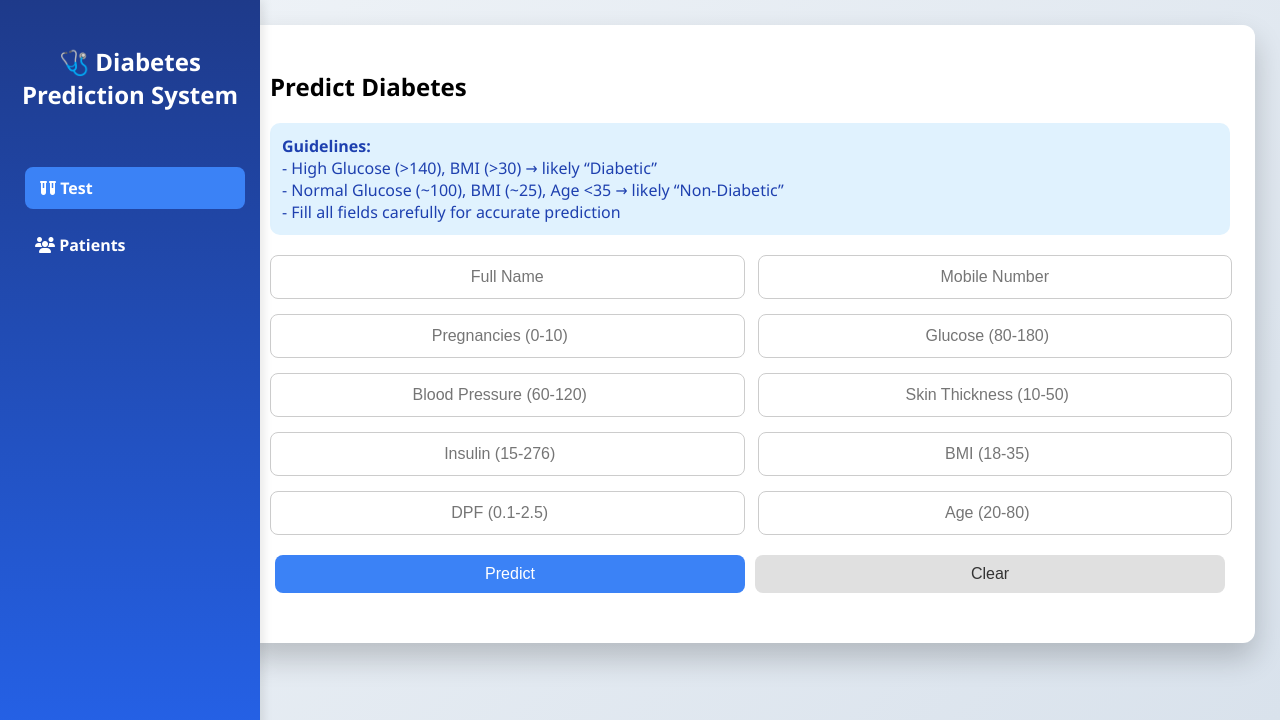
Repository: Aman14150/diabetes-prediction-system
Page: http://localhost/
An editor plug-in stored every save of this project. The page is shown before and after the next save, followed by the edit.
The browser window is 1280 px wide. The pictures show the whole page.
The page is served by the project's application, run on Flask 3 (app.py).

Above is the page before, as saved 2025-10-07 22:22:35.

### templates/index.html
<!DOCTYPE html>
<html lang="en">

<head>
    <meta charset="UTF-8">
    <title>Diabetes Prediction</title>
    <link rel="stylesheet" href="{{ url_for('static', filename='style.css') }}">
    <link rel="stylesheet" href="https://cdnjs.cloudflare.com/ajax/libs/font-awesome/6.4.0/css/all.min.css" />
</head>

<body>
    <div class="container">
        <aside class="sidebar">
            <h2>🩺 Diabetes Prediction System</h2>
            <ul>
                <li><a href="/" class="{% if not show_patients %}active{% endif %}">
                        <i class="fa-solid fa-vials"></i> Test</a>
                </li>
                <li><a href="/patients" class="{% if show_patients %}active{% endif %}">
                        <i class="fa-solid fa-users"></i> Patients</a>
                </li>
            </ul>
        </aside>

        <main class="content">
            {% if not show_patients %}
            <!-- Test Form -->
            <div class="card">
                <h2>Predict Diabetes</h2>
                <div class="guidelines">
                    <strong>Guidelines:</strong><br>
                    - High Glucose (>140), BMI (>30) → likely “Diabetic”<br>
                    - Normal Glucose (~100), BMI (~25), Age <35 → likely “Non-Diabetic”<br>
                        - Fill all fields carefully for accurate prediction
                </div>

                <form id="diabetesForm" action="{{ url_for('predict') }}" method="post">
                    <input type="text" name="name" placeholder="Full Name" required>
                    <input type="tel" name="mobile" placeholder="Mobile Number" required>
                    <input type="number" name="Pregnancies" placeholder="Pregnancies (0-10)" step="any" required>
                    <input type="number" name="Glucose" placeholder="Glucose (80-180)" step="any" required>
                    <input type="number" name="BloodPressure" placeholder="Blood Pressure (60-120)" step="any" required>
                    <input type="number" name="SkinThickness" placeholder="Skin Thickness (10-50)" step="any" required>
                    <input type="number" name="Insulin" placeholder="Insulin (15-276)" step="any" required>
                    <input type="number" name="BMI" placeholder="BMI (18-35)" step="any" required>
                    <input type="number" name="DiabetesPedigreeFunction" placeholder="DPF (0.1-2.5)" step="any"
                        required>
                    <input type="number" name="Age" placeholder="Age (20-80)" step="any" required>
                    <div class="button-group">
                        <button type="submit" id="predictBtn">Predict</button>
                        <button type="button" id="clearBtn">Clear</button>
                    </div>
                </form>

                <div id="predictionResult" class="prediction">
                    {% if prediction_text %}
                    <span class="{% if prediction_text=='Diabetic' %}diabetic{% else %}non-diabetic{% endif %}">
                        {{ prediction_text }}
                    </span>
                    {% endif %}
                </div>
            </div>

            {% else %}
            <!-- Patients Table -->
            <div class="card">
                <h2>Patients List</h2>
                <div class="table-actions">
                    <input type="text" id="searchInput" placeholder="Search name/prediction...">
                    <a href="{{ url_for('export_csv') }}" class="button export">Export CSV</a>
                    <select id="perPageSelect" onchange="changePerPage()">
                        {% for n in [5,10,15,20] %}
                        <option value="{{ n }}" {% if per_page==n %}selected{% endif %}>{{ n }} per page</option>
                        {% endfor %}
                    </select>
                </div>

                <table id="patientsTable">
                    <thead>
                        <tr>
                            <th>Sr. No.</th>
                            {% for col in patient_columns[1:] %}
                            <th>{{ col|capitalize }}</th>
                            {% endfor %}
                            <th>Action</th>
                        </tr>
                    </thead>
                    <tbody>
                        {% for row in patient_data %}
                        <tr>
                            <td>{{ loop.index }}</td>
                            {% for item in row[1:] %}
                            <td
                                class="{% if loop.last and item=='Diabetic' %}diabetic{% elif loop.last and item=='Non-Diabetic' %}non-diabetic{% endif %}">
                                {{ item }}
                            </td>
                            {% endfor %}
                            <td>
                                <form class="delete-form" action="{{ url_for('delete_patient', patient_id=row[0]) }}"
                                    method="post" style="display:inline;">
                                    <button type="button" class="delete-btn"
                                        onclick="showDeleteModal(this)">Delete</button>
                                </form>
                            </td>

                        </tr>
                        {% endfor %}
                    </tbody>
                </table>

                <div class="pagination" id="pagination">
                    {% if page > 1 %}
                    <a href="{{ url_for('patients', page=page-1, per_page=per_page, search=search) }}">Prev</a>
                    {% endif %}
                    Page {{ page }} of {{ total_pages }}
                    {% if page < total_pages %} <a
                        href="{{ url_for('patients', page=page+1, per_page=per_page, search=search) }}">Next</a>
                        {% endif %}
                </div>
            </div>
            {% endif %}
        </main>
    </div>

    <!-- Delete Confirmation Modal -->
    <div id="deleteModal" class="modal">
        <div class="modal-content">
            <p>Are you sure you want to delete this patient?</p>
            <div class="modal-buttons">
                <button id="confirmDeleteBtn">Yes</button>
                <button onclick="closeModal()">No</button>
            </div>
        </div>
    </div>

    <script>
        // Clear form
        document.getElementById('clearBtn')?.addEventListener('click', function () {
            document.getElementById('diabetesForm')?.reset();
            document.getElementById('predictionResult').innerHTML = '';
        });

        // Delete confirmation
        // Show delete modal
        let formToSubmit = null;
        function showDeleteModal(btn) {
            formToSubmit = btn.closest('form'); // store the form
            document.getElementById('deleteModal').style.display = 'flex';
        }

        // Modal buttons
        document.getElementById('confirmDeleteBtn').addEventListener('click', () => {
            if (formToSubmit) {
                formToSubmit.submit(); // submit the form only after confirmation
            }
            closeModal();
        });

        function closeModal() {
            document.getElementById('deleteModal').style.display = 'none';
        }


        function closeModal() {
            document.getElementById('deleteModal').style.display = 'none';
        }

        // Search filter
        const searchInput = document.getElementById('searchInput');
        searchInput?.addEventListener('keyup', function () {
            const filter = this.value.toLowerCase();
            const table = document.getElementById('patientsTable');
            Array.from(table.tBodies[0].rows).forEach(row => {
                const name = row.cells[1].textContent.toLowerCase();
                const prediction = row.cells[row.cells.length - 2].textContent.toLowerCase();
                if (name.includes(filter) || prediction.includes(filter)) {
                    row.style.display = '';
                } else row.style.display = 'none';
            });
        });

        // Change per page
        function changePerPage() {
            const perPage = document.getElementById('perPageSelect').value;
            window.location.href = "{{ url_for('patients') }}?per_page=" + perPage;
        }
    </script>
</body>

</html>

### app.py
from flask import Flask, render_template, request, redirect, url_for, flash, jsonify, send_file
import joblib
import pandas as pd
import mysql.connector
import io
import csv

app = Flask(__name__)
app.secret_key = 'supersecretkey'

# MySQL Connection
db = mysql.connector.connect(
    host="127.0.0.1",
    port=3307,
    user="amanR",
    password="Mysql@150",
    database="diabetes_db"
)
cursor = db.cursor()
print("✅ Database Connected successfully")

# Load model & scaler
model = joblib.load("diabetes_model.pkl")
scaler = joblib.load("scaler.pkl")

@app.route('/')
def home():
    return render_template('index.html', prediction_text=None, show_patients=False)

# --- Patients Page ---
@app.route('/patients')
def patients():
    search = request.args.get('search', '')
    page = int(request.args.get('page', 1))
    per_page = int(request.args.get('per_page', 5))
    offset = (page - 1) * per_page

    query = "SELECT * FROM patients"
    params = ()

    if search:
        query += " WHERE name LIKE %s OR prediction LIKE %s"
        params = (f"%{search}%", f"%{search}%")

    cursor.execute(f"SELECT COUNT(*) FROM ({query}) as subquery", params)
    total_count = cursor.fetchone()[0]

    query += " ORDER BY id DESC LIMIT %s OFFSET %s"
    params += (per_page, offset)
    cursor.execute(query, params)

    rows = cursor.fetchall()
    columns = [desc[0] for desc in cursor.description]
    total_pages = (total_count + per_page - 1) // per_page

    return render_template(
        'index.html',
        patient_data=rows,
        patient_columns=columns,
        show_patients=True,
        page=page,
        per_page=per_page,
        total_pages=total_pages,
        search=search
    )

# --- Export CSV ---
@app.route('/export_csv')
def export_csv():
    cursor.execute("SELECT * FROM patients ORDER BY id DESC")
    rows = cursor.fetchall()
    columns = [desc[0] for desc in cursor.description]

    output = io.StringIO()
    writer = csv.writer(output)
    writer.writerow(columns)
    writer.writerows(rows)
    output.seek(0)

    return send_file(io.BytesIO(output.getvalue().encode()), mimetype='text/csv',
                     as_attachment=True, download_name='patients.csv')

# --- Delete Patient ---
@app.route('/delete/<int:patient_id>', methods=['POST'])
def delete_patient(patient_id):
    cursor.execute("DELETE FROM patients WHERE id=%s", (patient_id,))
    db.commit()
    flash("Patient deleted successfully!", "success")
    return redirect(url_for('patients'))

# --- Predict Route ---
@app.route('/predict', methods=['POST'])
def predict():
    try:
        name = request.form['name']
        mobile = request.form['mobile']
        data = []
        fields = ["Pregnancies", "Glucose", "BloodPressure", "SkinThickness", "Insulin",
                  "BMI", "DiabetesPedigreeFunction", "Age"]

        # Ranges for validation
        valid_ranges = {
            "Pregnancies": (0, 20),
            "Glucose": (40, 300),
            "BloodPressure": (40, 200),
            "SkinThickness": (5, 100),
            "Insulin": (0, 900),
            "BMI": (10, 60),
            "DiabetesPedigreeFunction": (0, 3),
            "Age": (10, 100)
        }

        for key in fields:
            val = float(request.form[key])
            min_val, max_val = valid_ranges[key]
            if val < min_val or val > max_val:
                flash(f"❌ {key} value must be between {min_val} and {max_val}", "error")
                return redirect(url_for('home'))
            data.append(val)

        input_df = pd.DataFrame([data], columns=fields)
        scaled_input = scaler.transform(input_df)
        prediction = model.predict(scaled_input)[0]
        result = "Diabetic" if prediction == 1 else "Non-Diabetic"

        sql = """INSERT INTO patients
                 (name, mobile, pregnancies, glucose, blood_pressure, skin_thickness, insulin, bmi, dpf, age, prediction)
                 VALUES (%s,%s,%s,%s,%s,%s,%s,%s,%s,%s,%s)"""
        cursor.execute(sql, (name, mobile, *data, result))
        db.commit()

        return render_template('index.html', prediction_text=result, show_patients=False)

    except Exception as e:
        flash(f"Error: {str(e)}", "error")
        return redirect(url_for('home'))


if __name__ == '__main__':
    app.run(debug=True)

### static/style.css
/* === Global Body & Fonts === */
body {
    font-family: 'Segoe UI', Tahoma, Geneva, Verdana, sans-serif;
    margin: 0;
    padding: 0;
    background: linear-gradient(135deg,#f0f4f8,#d9e2ec);
}

/* === Container & Layout === */
.container {
    display: flex;
    min-height: 100vh;
}

/* === Sidebar === */
.sidebar {
    width: 220px;
    background: linear-gradient(180deg, #1e3a8a, #2563eb);
    color: white;
    padding: 25px 20px;
    display: flex;
    flex-direction: column;
    position: fixed;
    top: 0;
    left: 0;
    height: 100vh;
    overflow-y: auto;
    box-shadow: 3px 0 10px rgba(0,0,0,0.1);
}

.sidebar h2 {
    text-align: center;
    margin-bottom: 25px;
    font-size: 1.5rem;
}

.sidebar ul {
    list-style: none;
    padding: 0;
}

.sidebar ul li {
    margin: 15px 0;
}

.sidebar ul li a {
    color: white;
    text-decoration: none;
    font-weight: bold;
    display: block;
    padding: 10px 15px;
    border-radius: 8px;
    transition: all 0.3s ease;
}

.sidebar ul li a.active, .sidebar ul li a:hover {
    background: #3b82f6;
    transform: translateX(5px);
}

/* === Content Area === */
.content {
    flex: 1;
    margin-left: 220px;
    padding: 25px;
}

/* === Cards === */
.card {
    background: white;
    padding: 25px;
    border-radius: 12px;
    box-shadow: 0 15px 30px rgba(0,0,0,0.2);
    margin-bottom: 20px;
}

h2 {
    display: block;
    font-size: 1.5em;
    margin-block-start: 0.83em;
    margin-block-end: 0.83em;
    margin-inline-start: 0px;
    margin-inline-end: 0px;
    font-weight: bold;
    unicode-bidi: isolate;
}

/* === Guidelines Box === */
.guidelines {
    background-color: #e0f2fe;
    color: #1e40af;
    padding: 12px;
    border-radius: 10px;
    margin-bottom: 20px;
}

/* === Form Inputs === */
form {
    display: grid;
    grid-template-columns: 1fr 1fr;
    gap: 15px;
}

input {
    width: 100%;
    padding: 12px 0;
    border-radius: 8px;
    border: 1px solid #ccc;
    font-size: 1rem;
    text-align: center;
    transition: all 0.3s ease;
}

input:focus {
    outline: none;
    border-color: #3b82f6;
    box-shadow: 0 0 5px rgba(59,130,246,0.5);
}

/* === Buttons === */
.button-group {
    grid-column: span 2;
    display: flex;
    justify-content: space-between;
}

button, .button {
    padding: 10px;
    font-size: 1rem;
    border-radius: 8px;
    border: none;
    cursor: pointer;
    flex: 1;
    margin: 5px;
    transition: all 0.3s ease;
}

#predictBtn {
    background-color: #3b82f6;
    color: white;
}
#predictBtn:hover {
    background-color: #1e40af;
    transform: scale(1.03);
}

#clearBtn {
    background-color: #e0e0e0;
    color: #333;
}
#clearBtn:hover {
    background-color: #bdbdbd;
    transform: scale(1.03);
}

.button.export {
    background: #10b981;
    color: white;
}
.button.export:hover {
    background: #047857;
    transform: scale(1.05);
}

/* === Prediction Text === */
.prediction {
    grid-column: span 2;
    text-align: center;
    margin-top: 20px;
    font-size: 1.3rem;
    font-weight: bold;
}
.prediction span.diabetic { color: #ef4444; }
.prediction span.non-diabetic { color: #10b981; }

/* === Table Styling === */
.table-actions {
    display: flex;
    justify-content: space-between;
    margin-bottom: 15px;
    gap: 10px;
}
.table-actions input, .table-actions select {
    padding: 6px 10px;
    border-radius: 6px;
    border: 1px solid #ccc;
}
.table-actions input:focus, .table-actions select:focus {
    border-color: #3b82f6;
    box-shadow: 0 0 5px rgba(59,130,246,0.5);
}

table {
    width: 100%;
    border-collapse: collapse;
}

th, td {
    padding: 12px;
    text-align: center;
    border: 1px solid #ccc;
}
th {
    background: #3b82f6;
    color: white;
}
tbody tr:hover { background-color: #f1f5f9; }

td.diabetic { color: #ef4444; font-weight:bold; }
td.non-diabetic { color: #10b981; font-weight:bold; }

/* === Delete Button === */
.delete-btn {
    background: #ef4444;
    color: white;
    padding: 6px 12px;
    border-radius: 6px;
}
.delete-btn:hover {
    background: #b91c1c;
    transform: scale(1.05);
}

/* === Pagination Links === */
.pagination a {
    padding: 8px 12px;
    margin: 2px;
    text-decoration: none;
    background: #3b82f6;
    color: white;
    border-radius: 6px;
}
.pagination a:hover {
    background: #1e40af;
    transform: scale(1.05);
}

/* === Modal === */
.modal {
    display: none;
    position: fixed;
    z-index: 999;
    left:0; top:0;
    width: 100%; height:100%;
    background: rgba(0,0,0,0.5);
    justify-content: center;
    align-items: center;
}
.modal-content {
    background: white;
    padding: 20px;
    border-radius: 10px;
    text-align: center;
}
.modal-buttons { display:flex; justify-content:center; gap:20px; margin-top:15px; }
.modal-buttons button { padding: 8px 15px; border-radius:6px; border:none; cursor:pointer; }
.modal-buttons button:first-child { background:#ef4444; color:white; }
.modal-buttons button:first-child:hover { background:#b91c1c; }
.modal-buttons button:last-child { background:#e0e0e0; color:#333; }
.modal-buttons button:last-child:hover { background:#bdbdbd; }

After the next save:
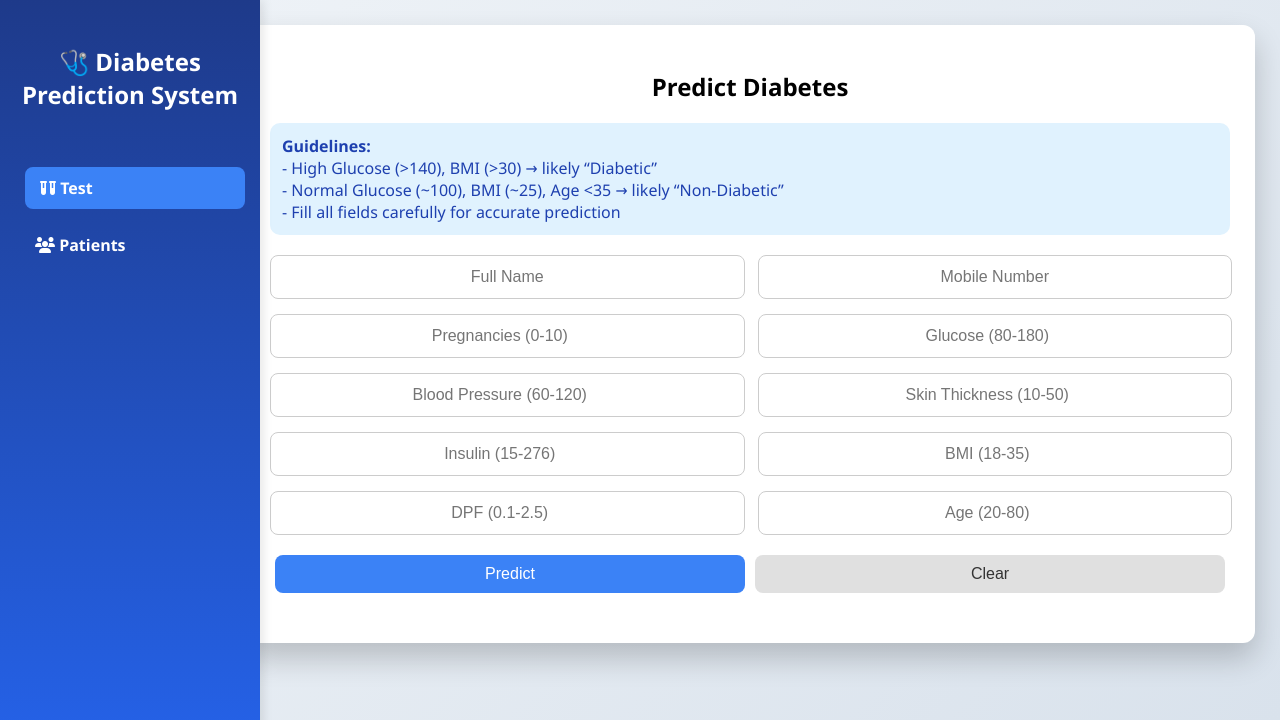
Saved 17 s later.
--- a/static/style.css
+++ b/static/style.css
@@ -75,7 +75,7 @@ body {
 }
 
 h2 {
-    display: block;
+    text-align: center;
     font-size: 1.5em;
     margin-block-start: 0.83em;
     margin-block-end: 0.83em;
